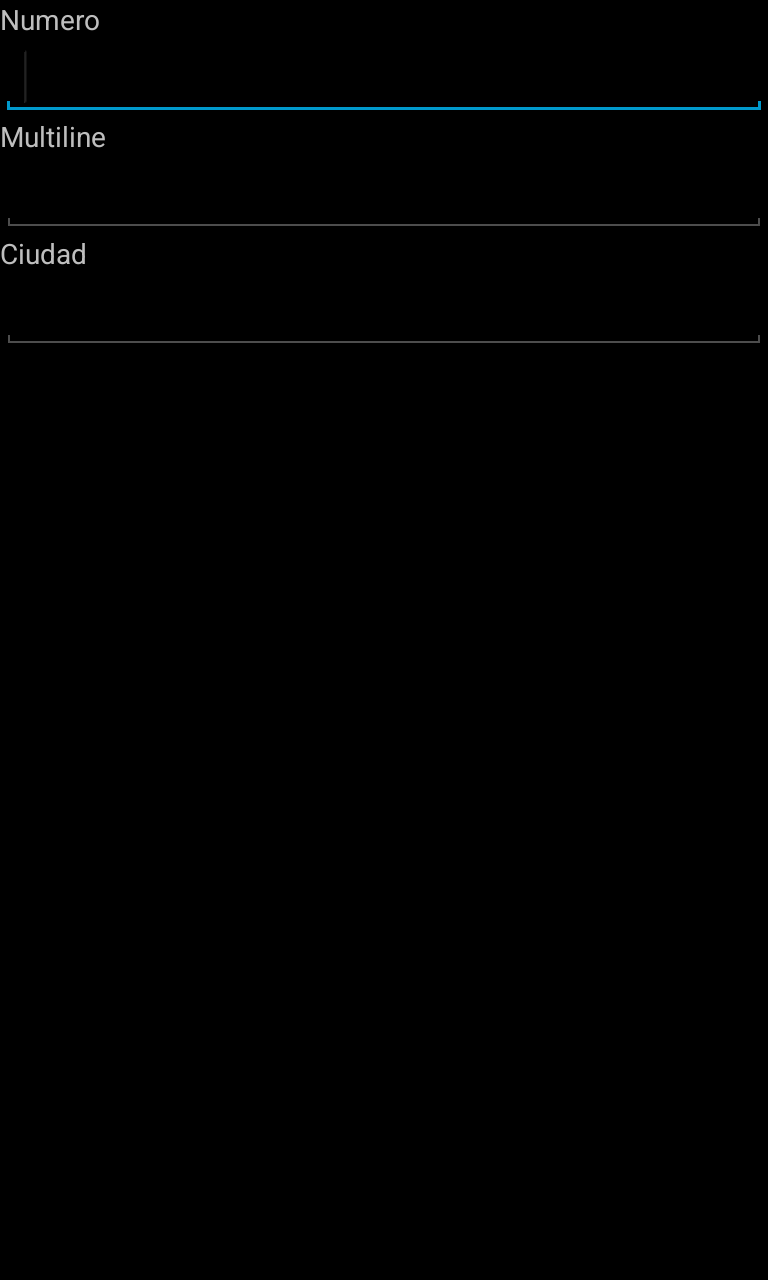
Repository: dorisserruto/un_exercises
Layout: javaandroid/Recursos/workspace-profe/lab14_widgets/res/layout/main_field.xml
These files come from the project's save history. The layout is drawn as it stood at one moment and after the next save; the edit follows.
It is drawn on a 768 x 1280 px phone screen (xhdpi) without system bars, with theme android:Theme.Holo; the app's code is not run.

Above is the layout before, as saved 2012-06-30 22:48:04.

### javaandroid/Recursos/workspace-profe/lab14_widgets/res/layout/main_field.xml
<?xml version="1.0" encoding="utf-8"?>
<LinearLayout xmlns:android="http://schemas.android.com/apk/res/android"
    android:layout_width="match_parent"
    android:layout_height="match_parent"
    android:orientation="vertical" >

    <TextView
        android:id="@+id/textView1"
        android:layout_width="wrap_content"
        android:layout_height="wrap_content"
        android:text="Numero" />

    <EditText
        android:id="@+id/editText1"
        android:layout_width="match_parent"
        android:layout_height="wrap_content"
        android:ems="10"
        android:inputType="number"
        android:digits="123459">

        <requestFocus />
    </EditText>

    <TextView
        android:id="@+id/textView2"
        android:layout_width="wrap_content"
        android:layout_height="wrap_content"
        android:text="Multiline" />

    <EditText
        android:id="@+id/editText2"
        android:layout_width="match_parent"
        android:layout_height="wrap_content"
        android:ems="10"
        android:inputType="textMultiLine|textCapWords|textNoSuggestions"/>

    <TextView
        android:id="@+id/textView3"
        android:layout_width="wrap_content"
        android:layout_height="wrap_content"
        android:text="Ciudad" />

    <EditText
        android:id="@+id/editText3"
        android:layout_width="match_parent"
        android:layout_height="wrap_content"
        android:ems="10" />

</LinearLayout>

After the next save:
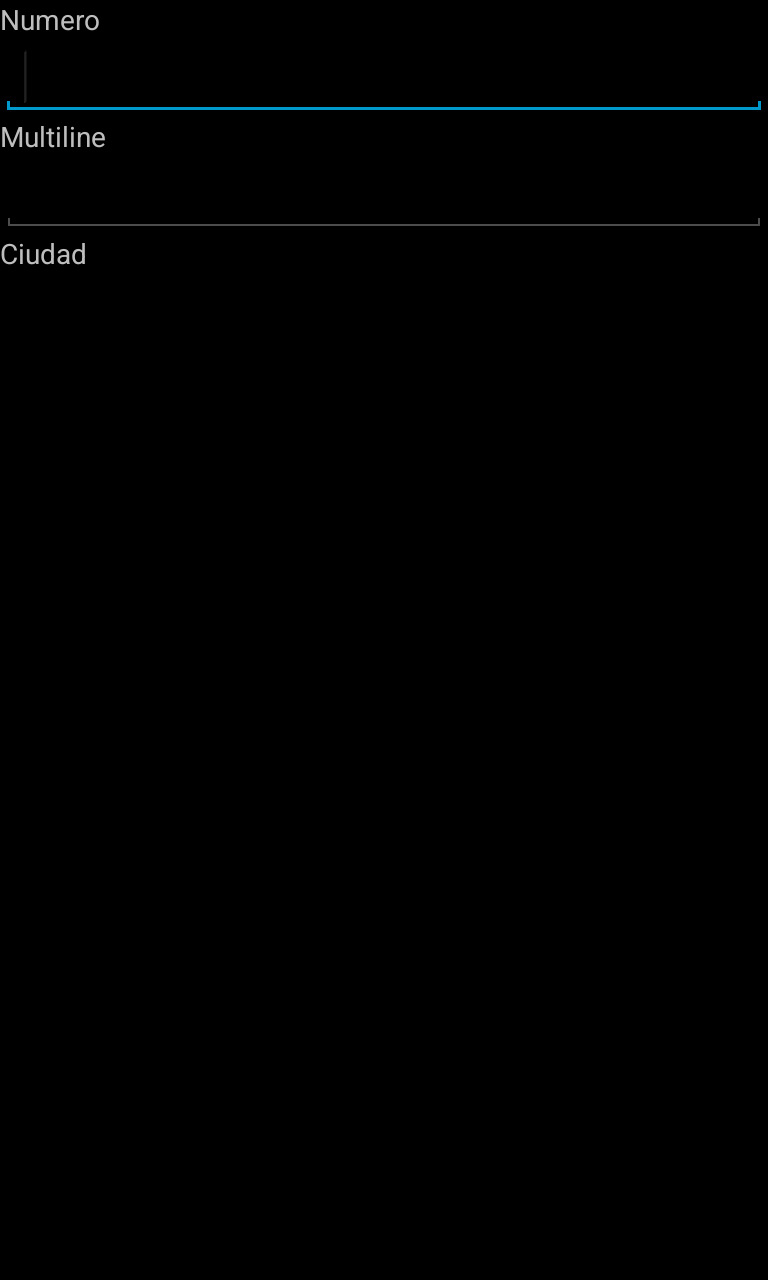
Saved 3 min 34 s later.
--- a/javaandroid/Recursos/workspace-profe/lab14_widgets/res/layout/main_field.xml
+++ b/javaandroid/Recursos/workspace-profe/lab14_widgets/res/layout/main_field.xml
@@ -40,10 +40,4 @@
         android:layout_height="wrap_content"
         android:text="Ciudad" />
 
-    <EditText
-        android:id="@+id/editText3"
-        android:layout_width="match_parent"
-        android:layout_height="wrap_content"
-        android:ems="10" />
-
 </LinearLayout>

After the save that followed:
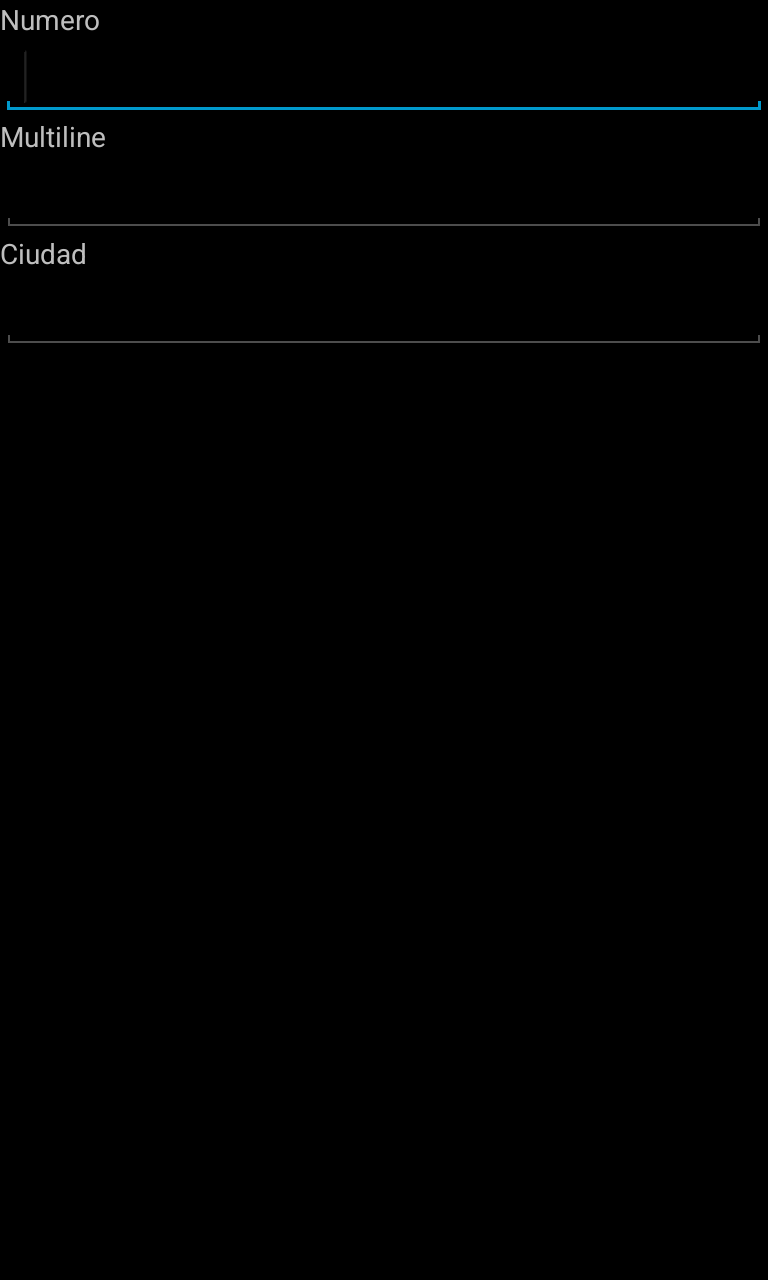
Saved 44 s later.
--- a/javaandroid/Recursos/workspace-profe/lab14_widgets/res/layout/main_field.xml
+++ b/javaandroid/Recursos/workspace-profe/lab14_widgets/res/layout/main_field.xml
@@ -40,4 +40,11 @@
         android:layout_height="wrap_content"
         android:text="Ciudad" />
 
+    <AutoCompleteTextView
+        android:id="@+id/autoCompleteTextView1"
+        android:layout_width="match_parent"
+        android:layout_height="wrap_content"
+        android:ems="10"
+        android:text="" />
+
 </LinearLayout>
